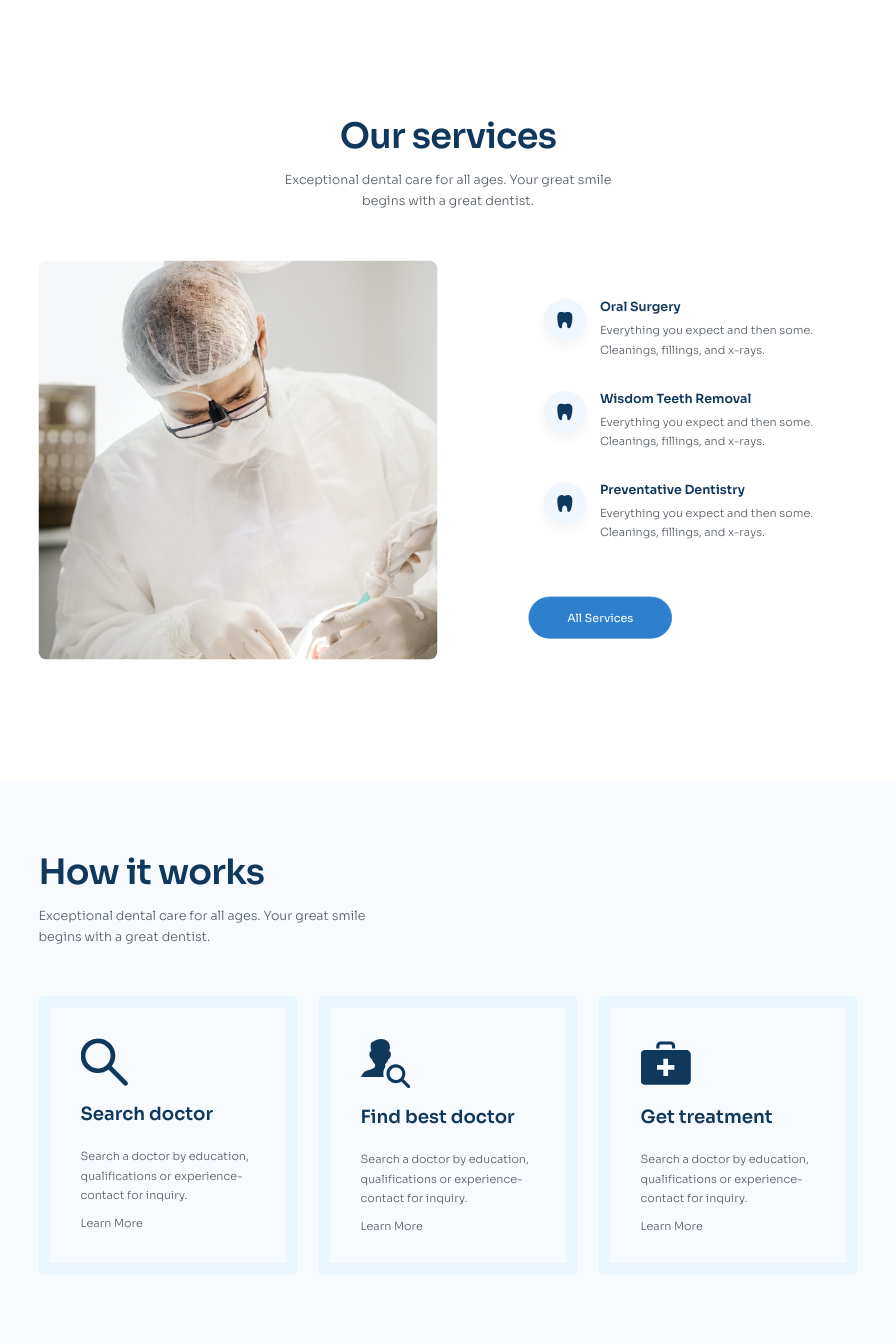
Repository: anhtien111198/f8-htmlcss-03
Page: index.html
These files come from the project's save history. The page is drawn as it stood at one moment and after the next save; the edit follows.
The browser window is 1280 px wide. The pictures show the part of the page from y = 726 to 2646 px (the page is 2646 px tall), at 70% of full size.
The pointer rests on the first visible `.work-item`.

Above is the page before, as saved 2023-05-13 14:37:31.

### index.html
<!DOCTYPE html>
<html lang="en">
    <head>
        <meta charset="UTF-8" />
        <meta http-equiv="X-UA-Compatible" content="IE=edge" />
        <meta name="viewport" content="width=device-width, initial-scale=1.0" />
        <title>shine smile</title>
        <!-- favicon -->
        <link
            rel="apple-touch-icon"
            sizes="57x57"
            href="./assets/favicon/apple-icon-57x57.png"
        />
        <link
            rel="apple-touch-icon"
            sizes="60x60"
            href="./assets/favicon/apple-icon-60x60.png"
        />
        <link
            rel="apple-touch-icon"
            sizes="72x72"
            href="./assets/favicon/apple-icon-72x72.png"
        />
        <link
            rel="apple-touch-icon"
            sizes="76x76"
            href="./assets/favicon/apple-icon-76x76.png"
        />
        <link
            rel="apple-touch-icon"
            sizes="114x114"
            href="./assets/favicon/apple-icon-114x114.png"
        />
        <link
            rel="apple-touch-icon"
            sizes="120x120"
            href="./assets/favicon/apple-icon-120x120.png"
        />
        <link
            rel="apple-touch-icon"
            sizes="144x144"
            href="./assets/favicon/apple-icon-144x144.png"
        />
        <link
            rel="apple-touch-icon"
            sizes="152x152"
            href="./assets/favicon/apple-icon-152x152.png"
        />
        <link
            rel="apple-touch-icon"
            sizes="180x180"
            href="./assets/favicon/apple-icon-180x180.png"
        />
        <link
            rel="icon"
            type="image/png"
            sizes="192x192"
            href="./assets/favicon/android-icon-192x192.png"
        />
        <link
            rel="icon"
            type="image/png"
            sizes="32x32"
            href="./assets/favicon/favicon-32x32.png"
        />
        <link
            rel="icon"
            type="image/png"
            sizes="96x96"
            href="./assets/favicon/favicon-96x96.png"
        />
        <link
            rel="icon"
            type="image/png"
            sizes="16x16"
            href="./assets/favicon/favicon-16x16.png"
        />
        <link rel="manifest" href="./assets/favicon/manifest.json" />
        <meta name="msapplication-TileColor" content="#ffffff" />
        <meta
            name="msapplication-TileImage"
            content="./assets/favicon/ms-icon-144x144.png"
        />
        <meta name="theme-color" content="#ffffff" />
        <!-- font -->
        <link rel="preconnect" href="https://fonts.googleapis.com" />
        <link rel="preconnect" href="https://fonts.gstatic.com" crossorigin />
        <link
            href="https://fonts.googleapis.com/css2?family=Sora:wght@200;300;400;500;600;700;800&display=swap"
            rel="stylesheet"
        />
        <!-- reset css -->
        <link rel="stylesheet" href="./assets/css/reset.css" />
        <!-- style css -->
        <link rel="stylesheet" href="./assets/css/style.css" />
    </head>
    <body>
        <!-- header -->
        <header class="header">
            <div class="container">
                <!-- header top -->
                <div class="header-top">
                    <!-- logo -->
                    <a href="/">
                        <div class="logo">
                            <span class="logo__circle"></span>
                            <span class="logo__text">
                                <span class="logo__brand">shine</span>
                                <span class="logo__brand logo__brand--small">
                                    smile
                                </span>
                            </span>
                        </div>
                    </a>
                    <!-- navbar -->
                    <nav class="navbar">
                        <ul class="navbar__list">
                            <li class="navbar__item">
                                <a
                                    href="#!"
                                    class="navbar__link navbar__link--active"
                                >
                                    Home
                                </a>
                            </li>
                            <li class="navbar__item">
                                <a href="#!" class="navbar__link">Services</a>
                            </li>
                            <li class="navbar__item">
                                <a href="#!" class="navbar__link">About</a>
                            </li>
                            <li class="navbar__item">
                                <a href="#!" class="navbar__link">Doctors</a>
                            </li>
                        </ul>
                    </nav>
                    <!-- action -->
                    <div class="header-action">
                        <a href="#!" class="header-action__login">Log In</a>
                        <button href="#!" class="btn header-action__signup">
                            Sign Up
                        </button>
                    </div>
                </div>
                <!-- Hero -->
                <section class="hero">
                    <!-- hero content -->
                    <section class="hero__content">
                        <h1 class="hero__heading">
                            Exceptional dental care for all ages.
                        </h1>
                        <p class="hero__desc">
                            Exceptional dental care for all ages. Your great
                            smile begins with a great dentist.
                        </p>
                        <div class="hero__row">
                            <a href="" class="btn">Book Online</a>
                            <span class="hero__phone"
                                >or call (123) 456-7890</span
                            >
                        </div>
                    </section>
                    <!-- hero media -->
                    <div class="hero__media">
                        <figure class="hero__images">
                            <img
                                src="./assets/image/hero-01jpg.jpg"
                                alt=""
                                class="hero__img"
                            />
                            <img
                                src="./assets/image/hero-02.jpg"
                                alt=""
                                class="hero__img"
                            />
                        </figure>
                    </div>
                </section>
            </div>
        </header>
        <main style="height: 5000">
            <!-- service -->
            <section class="service">
                <div class="container">
                    <h2 class="service__heading section-heading">
                        Our services
                    </h2>
                    <p class="service__desc section-desc">
                        Exceptional dental care for all ages. Your great smile
                        begins with a great dentist.
                    </p>
                    <div class="service__row">
                        <figure class="service__images">
                            <img
                                src="./assets/image/service-1.jpg"
                                alt=""
                                class="service__img"
                            />
                        </figure>
                        <div>
                            <div class="service__list">
                                <!-- service item 1 -->
                                <section class="service-item">
                                    <div class="service-item__icon">
                                        <svg
                                            width="22"
                                            height="24"
                                            viewBox="0 0 22 24"
                                            fill="none"
                                            xmlns="http://www.w3.org/2000/svg"
                                        >
                                            <path
                                                d="M20.3598 2.63964C17.9506 -0.556131 14.2772 -0.568132 11.2481 1.10682C11.001 1.24657 10.7219 1.31411 10.4406 1.30222C10.1592 1.29033 9.88633 1.19945 9.65105 1.03931C8.49552 0.245717 7.29036 -0.316477 5.13904 0.207462C0.623408 1.3071 0 4.90379 0 8.99816C0.0797353 12.1602 0.500857 15.3032 1.25551 18.3683C2.11836 22.0168 3.90382 24 5.43354 24C6.96326 24 7.00963 22.2204 7.00963 20.8016C7.00963 19.2009 7.39505 14.8009 10.8642 14.8009C13.5317 14.8009 14.3333 18.4013 14.3333 20.8016C14.3329 23.095 15.1722 24 16.6628 24C19.5267 24 20.9796 15.3938 21.3719 13.1237C21.7642 10.8535 22.9882 6.12569 20.3598 2.63964Z"
                                                fill="currentColor"
                                            />
                                        </svg>
                                    </div>
                                    <div class="service-item__body">
                                        <h3 class="service-item__heading">
                                            Oral Surgery
                                        </h3>
                                        <p class="service-item__desc">
                                            Everything you expect and then some.
                                            Cleanings, fillings, and x-rays.
                                        </p>
                                    </div>
                                </section>
                                <!-- service item 2 -->
                                <section class="service-item">
                                    <div class="service-item__icon">
                                        <svg
                                            width="22"
                                            height="24"
                                            viewBox="0 0 22 24"
                                            fill="none"
                                            xmlns="http://www.w3.org/2000/svg"
                                        >
                                            <path
                                                d="M20.3598 2.63964C17.9506 -0.556131 14.2772 -0.568132 11.2481 1.10682C11.001 1.24657 10.7219 1.31411 10.4406 1.30222C10.1592 1.29033 9.88633 1.19945 9.65105 1.03931C8.49552 0.245717 7.29036 -0.316477 5.13904 0.207462C0.623408 1.3071 0 4.90379 0 8.99816C0.0797353 12.1602 0.500857 15.3032 1.25551 18.3683C2.11836 22.0168 3.90382 24 5.43354 24C6.96326 24 7.00963 22.2204 7.00963 20.8016C7.00963 19.2009 7.39505 14.8009 10.8642 14.8009C13.5317 14.8009 14.3333 18.4013 14.3333 20.8016C14.3329 23.095 15.1722 24 16.6628 24C19.5267 24 20.9796 15.3938 21.3719 13.1237C21.7642 10.8535 22.9882 6.12569 20.3598 2.63964Z"
                                                fill="currentColor"
                                            />
                                        </svg>
                                    </div>
                                    <div class="service-item__body">
                                        <h3 class="service-item__heading">
                                            Wisdom Teeth Removal
                                        </h3>
                                        <p class="service-item__desc">
                                            Everything you expect and then some.
                                            Cleanings, fillings, and x-rays.
                                        </p>
                                    </div>
                                </section>
                                <!-- service item 3 -->
                                <section class="service-item">
                                    <div class="service-item__icon">
                                        <svg
                                            width="22"
                                            height="24"
                                            viewBox="0 0 22 24"
                                            fill="none"
                                            xmlns="http://www.w3.org/2000/svg"
                                        >
                                            <path
                                                d="M20.3598 2.63964C17.9506 -0.556131 14.2772 -0.568132 11.2481 1.10682C11.001 1.24657 10.7219 1.31411 10.4406 1.30222C10.1592 1.29033 9.88633 1.19945 9.65105 1.03931C8.49552 0.245717 7.29036 -0.316477 5.13904 0.207462C0.623408 1.3071 0 4.90379 0 8.99816C0.0797353 12.1602 0.500857 15.3032 1.25551 18.3683C2.11836 22.0168 3.90382 24 5.43354 24C6.96326 24 7.00963 22.2204 7.00963 20.8016C7.00963 19.2009 7.39505 14.8009 10.8642 14.8009C13.5317 14.8009 14.3333 18.4013 14.3333 20.8016C14.3329 23.095 15.1722 24 16.6628 24C19.5267 24 20.9796 15.3938 21.3719 13.1237C21.7642 10.8535 22.9882 6.12569 20.3598 2.63964Z"
                                                fill="currentColor"
                                            />
                                        </svg>
                                    </div>
                                    <div class="service-item__body">
                                        <h3 class="service-item__heading">
                                            Preventative Dentistry
                                        </h3>
                                        <p class="service-item__desc">
                                            Everything you expect and then some.
                                            Cleanings, fillings, and x-rays.
                                        </p>
                                    </div>
                                </section>
                            </div>
                            <a href="#!" class="btn">All Services</a>
                        </div>
                    </div>
                </div>
            </section>
            <!-- how its works -->
            <section class="work">
                <div class="container">
                    <h2 class="section-heading">How it works</h2>
                    <p class="section-desc work__desc">
                        Exceptional dental care for all ages. Your great smile
                        begins with a great dentist.
                    </p>
                    <div class="work__list">
                        <!-- work item 1 -->
                        <div class="work-item">
                            <img
                                src="./assets/icons/search.svg"
                                alt=""
                                class="work-item__icon"
                            />
                            <h3 class="work-item__heading">Search doctor</h3>
                            <p class="work-item__desc">
                                Search a doctor by education, qualifications or
                                experience-contact for inquiry.
                            </p>
                            <a href="#!" class="work-item__more">Learn More</a>
                        </div>
                        <!-- work item 2 -->
                        <div class="work-item">
                            <img
                                src="./assets/icons/search-user.svg"
                                alt=""
                                class="work-item__icon"
                            />
                            <h3 class="work-item__heading">Find best doctor</h3>
                            <p class="work-item__desc">
                                Search a doctor by education, qualifications or
                                experience-contact for inquiry.
                            </p>
                            <a href="#!" class="work-item__more">Learn More</a>
                        </div>
                        <!-- work item 3 -->
                        <div class="work-item">
                            <img
                                src="./assets/icons/bag.svg"
                                alt=""
                                class="work-item__icon"
                            />
                            <h3 class="work-item__heading">Get treatment</h3>
                            <p class="work-item__desc">
                                Search a doctor by education, qualifications or
                                experience-contact for inquiry.
                            </p>
                            <a href="#!" class="work-item__more">Learn More</a>
                        </div>
                    </div>
                </div>
            </section>
        </main>
    </body>
</html>

### assets/css/style.css
* {
    box-sizing: border-box;
}
:root {
    --header-bg: #10375c;
}
html {
    font-size: 62.5%;
}
body {
    font-size: 1.6rem;
    font-family: "Sora", sans-serif;
}
/* ======Common========= */
a {
    text-decoration: none;
}
.container {
    width: 1170px;
    max-width: calc(100% - 48px);
    margin: 0 auto;
}
.btn {
    --height: 60px;
    display: inline-block;
    min-width: 205px;
    height: var(--height);
    padding: 0 20px;
    border-radius: 99px;
    border: 1px solid #2e80ce;
    font-size: 1.6rem;
    font-weight: 400;
    line-height: var(--height);
    color: #fff;
    text-align: center;
    background: #2e80ce;
}
.btn:hover {
    opacity: 0.9;
    cursor: pointer;
}
.section-heading {
    font-weight: 600;
    font-size: 5rem;
    line-height: 1.2;
    letter-spacing: -0.02em;
    color: #10375c;
}
.section-desc {
    margin-top: 18px;
    font-weight: 300;
    font-size: 1.8rem;
    line-height: 1.67;
    color: #575f66;
}
/* ========header============= */
.header {
    min-height: 100vh;
    padding-top: 30px;
    background: var(--header-bg);
}
.logo {
    position: relative;
    display: inline-flex;
    font-size: 1rem;
}
.logo__circle::after,
.logo__circle::before {
    content: "";
    display: inline-block;
    border-radius: 50%;
}
.logo__circle::before {
    width: 3em;
    height: 3em;
    background: #2e80ce;
}
.logo__circle::after {
    position: absolute;
    top: 1.1em;
    left: 1.1em;
    width: 1.6em;
    height: 1.6em;
    background: #ffffff;
}
.logo__text {
    margin-left: 0.6em;
    text-align: right;
    line-height: 1.6em;
}
.logo__brand {
    display: block;
    font-size: 1.8em;
    font-weight: 400;
    color: #ffffff;
}
.logo__brand--small {
    font-size: 1.2em;
    font-weight: 300;
}
/* ========Header top========== */
.header-top {
    display: flex;
    align-items: center;
    justify-content: space-between;
}
.navbar__list {
    display: flex;
}
.header-action__login,
.navbar__link {
    padding: 4px 21px;
    font-weight: 300;
    font-size: 1.6rem;
    color: #c9d2da;
}
.navbar__link:hover,
.navbar__link--active {
    color: #fff;
    text-shadow: 1px 0 0 currentColor;
}
.navbar__link--active::before {
    position: relative;
    top: -2px;
    left: -8px;
    content: "";
    display: inline-block;
    width: 6px;
    height: 6px;
    border-radius: 50%;
    background: #fff;
}
.header-action {
    display: flex;
    align-items: center;
}
.header-action__login {
    margin-right: 7px;
}
.header-action__signup {
    --height: 44px;
    min-width: 104px;
}
/* ========hero=========== */
.hero {
    display: flex;
    align-items: center;
    margin-top: 76px;
}
.hero__content {
    flex-shrink: 0;
    width: 44%;
}
.hero__media {
    flex-grow: 1;
}
.hero__heading {
    font-weight: 600;
    font-size: 7rem;
    line-height: 1.14;
    letter-spacing: -0.02em;
    color: #ffffff;
}
.hero__desc {
    margin-top: 22px;
    font-weight: 300;
    font-size: 1.8rem;
    line-height: 1.67;
    color: #c9d2da;
}
.hero__row {
    display: flex;
    align-items: center;
    margin-top: 38px;
}
.hero__phone {
    margin-left: 38px;
    font-weight: 400;
    font-size: 1.8rem;
    line-height: 1.67;
    color: #ffffff;
}
.hero__images {
    display: flex;
    align-items: center;
    justify-content: flex-end;
}
.hero__img {
    width: 330px;
    height: 540px;
    border-radius: 6px;
    object-fit: cover;
}
.hero__img:first-child {
    position: relative;
    margin-right: -6px;
}
.hero__img:last-child {
    width: 210px;
    height: 410px;
}
/* ========service=========== */
.service {
    padding: 170px 0;
}
.service__heading,
.service__desc {
    text-align: center;
}
.service__desc {
    width: 468px;
    margin-left: auto;
    margin-right: auto;
}
.service__row {
    display: flex;
    align-items: center;
    justify-content: space-between;
    margin-top: 70px;
}
.service__img {
    width: 570px;
    height: 570px;
    border-radius: 12px;
    object-fit: cover;
}
.service__list {
    margin-bottom: 55px;
}
/* =====service item========= */
.service-item {
    display: flex;
    width: 470px;
    padding: 22px;
    background: #ffffff;
    border-radius: 10px;
    transition: 0.25s;
}
.service-item:hover {
    position: relative;
    box-shadow: 0px 14px 28px rgba(0, 0, 0, 0.05);
}
.service-item:hover .service-item__icon {
    background: #2e80ce;
    color: #fff;
}
.service-item__icon {
    display: flex;
    align-items: center;
    justify-content: center;
    flex-shrink: 0;
    width: 60px;
    height: 60px;
    border-radius: 50%;
    color: #10375c;
    background: #eff6fd;
    box-shadow: 0px 8px 16px rgba(0, 0, 0, 0.05);
    transition: 0.25s;
}
.service-item__body {
    margin-left: 20px;
}
.service-item__heading {
    font-weight: 600;
    font-size: 1.8rem;
    line-height: 1.27;
    color: #10375c;
}
.service-item__desc {
    margin-top: 8px;
    font-weight: 300;
    font-size: 1.6rem;
    line-height: 1.75;
    color: #575f66;
}
/* ========work======= */
.work {
    padding: 100px 0;
    background: #f7fbff;
}
.work__desc {
    width: 468px;
}
.work__list {
    display: grid;
    grid-template-columns: repeat(3, 1fr);
    column-gap: 30px;
    margin-top: 70px;
}
.work-item {
    padding: 44px;
    border: 16px solid #eaf6ff;
    border-radius: 4px;
}
.work-item__heading {
    margin-top: 20px;
    font-weight: 600;
    font-size: 2.6rem;
    line-height: 1.38;
    color: #10375c;
}
.work-item__desc {
    margin-top: 28px;
    font-weight: 300;
    font-size: 1.6rem;
    line-height: 1.75;
    color: #575f66;
}
.work-item__more {
    display: inline-block;
    margin-top: 18px;
    font-weight: 300;
    font-size: 1.6rem;
    color: #575f66;
}

Loaded but not shown: assets/css/reset.css (common file); assets/favicon/manifest.json (common file)

After the next save:
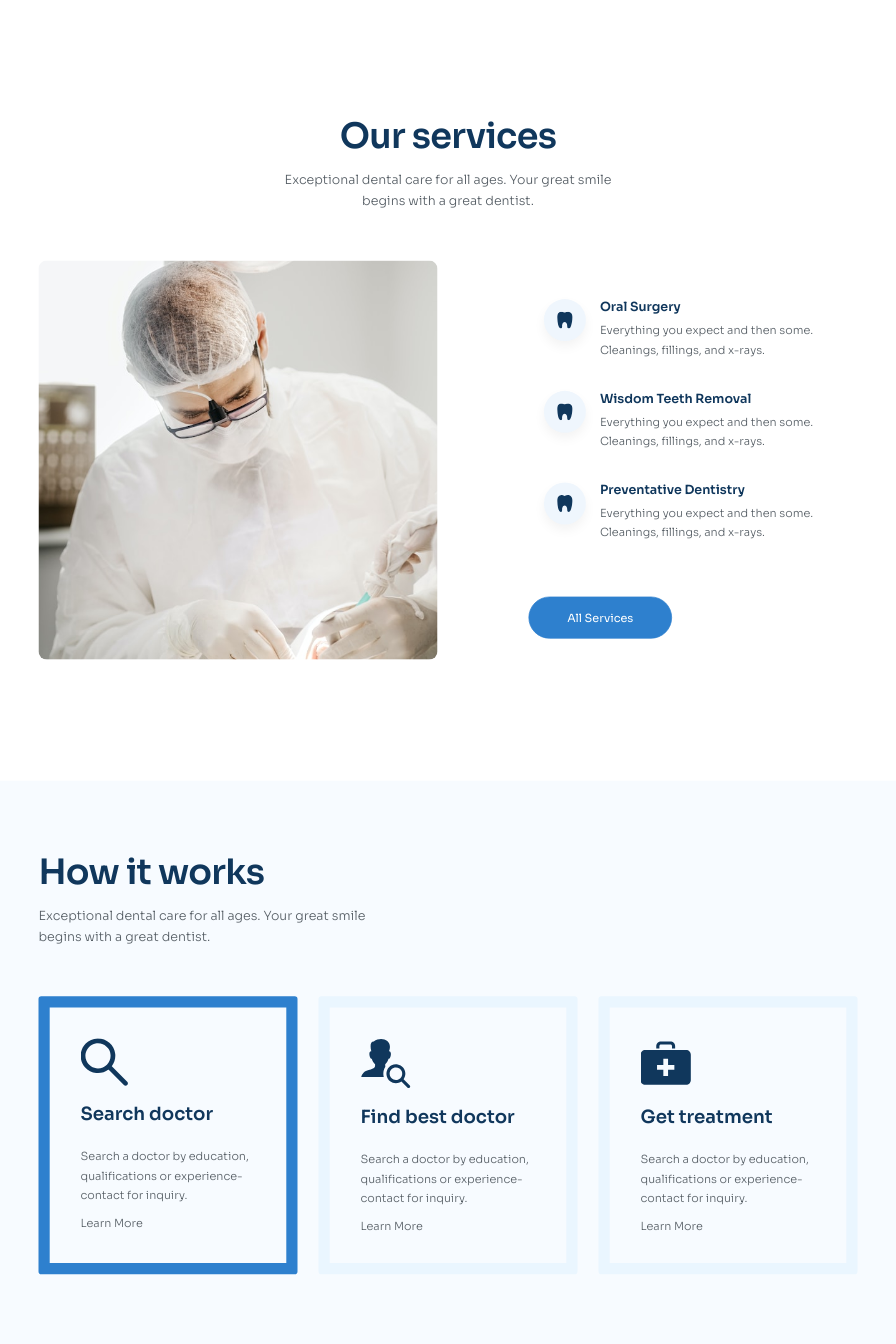
Saved 2 min 36 s later.
--- a/assets/css/style.css
+++ b/assets/css/style.css
@@ -292,6 +292,9 @@ a {
     border: 16px solid #eaf6ff;
     border-radius: 4px;
 }
+.work-item:hover {
+    border-color: #2e80ce;
+}
 .work-item__heading {
     margin-top: 20px;
     font-weight: 600;
